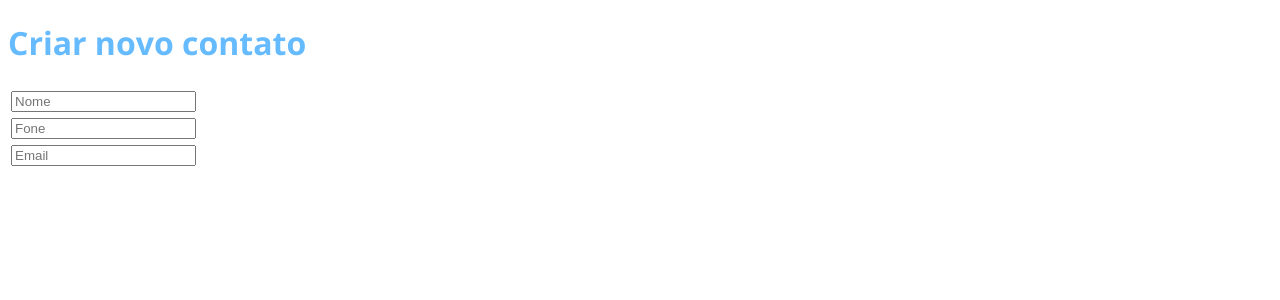
Repository: sergiotales1/agendactt-java
Page: agenda/src/main/webapp/novo.html
These files come from the project's save history. The page is drawn as it stood at one moment and after the next save; the edit follows.
The browser window is 1280 px wide. The pictures show the whole page.

Above is the page before, as saved 2023-11-25 18:38:54.

### agenda/src/main/webapp/novo.html
<!DOCTYPE html>
<html lang="pt-br">

<head>
	<meta charset="UTF-8">
	<title>Agenda de contatos</title>
	<link rel="icon" href="imagens/favicon.png">
	<link rel="stylesheet" href="style.css">
</head>

<body>
	<h1>Criar novo contato</h1>
	<form name="frmContato" action="">
		<table>
			<tr>
				<td><input type="text" name="nome" placeholder="Nome"></td>
			</tr>
			<tr>

				<td><input type="text" name="fone" placeholder="Fone"></td>
			</tr>
			<tr>
				<td><input type="text" name="email" placeholder="Email"></td>
			</tr>
			</tr>
		</table>

	</form>
</body>

</html>

### agenda/src/main/webapp/style.css
@charset "UTF-8";
@import url('https://fonts.googleapis.com/css2?family=Open+Sans:wght@400;700&display=swap');

body {
	font-family: 'Open Sans', sans-serif;
	font-size: 1em;
	font-weight: 400;
}

h1{
	color: #66bbff;
}

.Botao1{
	text-decoration: none;
	background-color: #66bbff;
	padding: 5px 10px;
	color:#fff;
	font-size: 1.2em;
	font-weight: 700;
	border-radius: 5px;
}

After the next save:
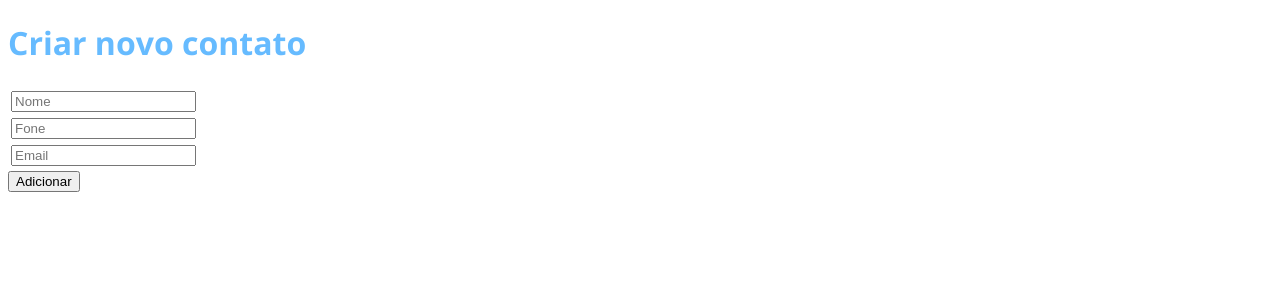
Saved 47 s later.
--- a/agenda/src/main/webapp/novo.html
+++ b/agenda/src/main/webapp/novo.html
@@ -22,9 +22,8 @@
 			<tr>
 				<td><input type="text" name="email" placeholder="Email"></td>
 			</tr>
-			</tr>
 		</table>
-
+		<input type="button" value="Adicionar">
 	</form>
 </body>
 
